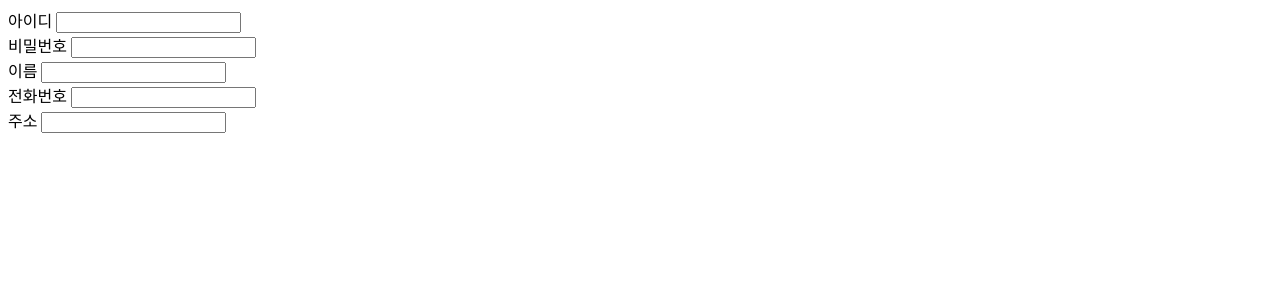
Repository: shinymusket/ideal-memory2
Page: jspWorkSpace/web08/WebContent/joinForm.html
The author's editor kept a copy of each file at every save. The page is drawn from the files as they stood at one save, then again after the next save.
The browser window is 1280 px wide. The pictures show the whole page.

Above is the page before, as saved 2022-06-13 03:57:42.

After the next save:
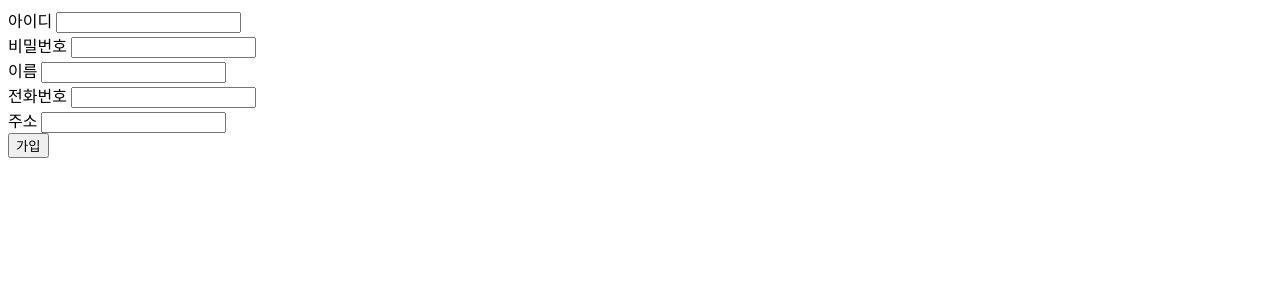
Saved 12 s later.
--- a/jspWorkSpace/web08/WebContent/joinForm.html
+++ b/jspWorkSpace/web08/WebContent/joinForm.html
@@ -16,6 +16,7 @@
 		<input type="tel" id="userPhone" name="userPhone"><br>
 		<label for="userAddress">주소</label>
 		<input type="text" id="userAddress" name="userAddress"><br>
+		<input type="submit" value="가입">
 	</form>
 </body>
 </html>
